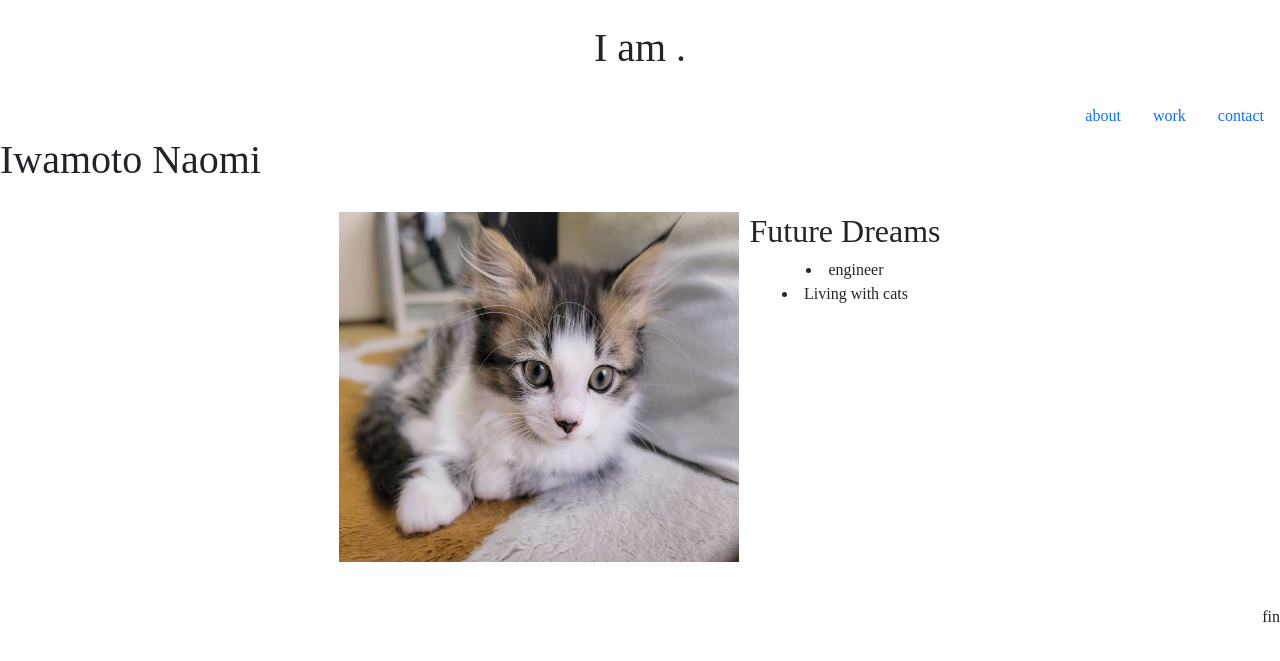
Repository: 7oooomi/portfolio-vercel-
Page: / (app in sample-app/)
The author's editor kept a copy of each file at every save. The page is drawn from the files as they stood at one save, then again after the next save.
The browser window is 1280 px wide. The pictures show the whole page.
The project was rebuilt for these pictures with package versions that can differ from the ones it lists, and the page was loaded fresh each time. The framework's server and built-in components were replaced by stand-ins that run in the browser. Also part of the build but not shown: sample-app/next.config.js.

Above is the page before, as saved 2022-08-07 20:27:12.

### sample-app/pages/_app.js

import 'bootstrap/dist/css/bootstrap.min.css';
import '../styles/globals.css';
import Layout from './Layout';

function MyApp({ Component, pageProps }) {
  return (
    <Layout>
      <Component {...pageProps} />
    </Layout>
  );
}

export default MyApp

### sample-app/pages/index.js
import Image from 'next/image';
import styles from '../styles/Home.module.css';


export default function MyPage () {
    return (
        <div>
            <h1> Iwamoto Naomi </h1>
            <div className={styles.title}>
                <p >
                    <Image src='/cat.jpg' width={400} height={350} />
                </p>
                <div>
                  <h2>Future Dreams</h2>
                  <li>engineer</li>
                  <li>Living with cats</li>
                </div>
            </div>
        </div>
    )
}

### sample-app/styles/globals.css
html,
body {
  padding: 0;
  margin: auto;
  font-family: HiraMinProN-W3;
}

a {
  color: inherit;
  text-decoration: none;
}

### sample-app/pages/Layout.js
import Home from './components/Header';
import Footer from './components/Footer';


export default function Layout ({ children }) {
    return (
        <>
          <Home />
            <main>{children}</main>
          <Footer />
        </>
    );
}

### sample-app/styles/Home.module.css
.container {
  border-style: solid;
  border-color: #b50099;
  font-size: x-large;
  text-align: center;
  width: 250px;
  height: 180px;
  padding: 10px;
  margin: 10px;
}

.main {
  min-height: 100vh;
  padding: 4rem 0;
  flex: 1;
  display: flex;
  flex-direction: column;
  justify-content: center;
  align-items: center;
}

.footer {
  display: flex;
  padding: 20px;
  flex-wrap: wrap;
  border-top: 1px solid white;
  justify-content: center;
}

.footer a {
  display: flex;
  justify-content: center;
  align-items: center;
  flex-grow: 1;
}

.title  {
  display: flex;
  padding: 20px;
  justify-content: center;
  gap:10px;
}

.title a:hover,
.title a:focus,
.title a:active {
  text-decoration: underline;
}

.title a {
  margin: 0;
  line-height: 1.15;
  font-size: 4rem;
}

.title,
.description {
  text-align: center;
}

.description {
  margin: 4rem 0;
  line-height: 1.5;
  font-size: 1.5rem;
}

.code {
  background: #fafafa;
  border-radius: 5px;
  padding: 0.75rem;
  font-size: 1.1rem;
  font-family: Menlo, Monaco, Lucida Console, Liberation Mono, DejaVu Sans Mono,
    Bitstream Vera Sans Mono, Courier New, monospace;
}

.grid {
  display: flex;
  align-items: center;
  justify-content: center;
  flex-wrap: wrap;
  max-width: 800px;
}

.card {
  margin: 1rem;
  padding: 1.5rem;
  text-align: left;
  color: inherit;
  text-decoration: none;
  border: 1px solid #eaeaea;
  border-radius: 10px;
  transition: color 0.15s ease, border-color 0.15s ease;
  max-width: 300px;
}

.card:hover,
.card:focus,
.card:active {
  color: #0070f3;
  border-color: #0070f3;
}

.card h2 {
  margin: 0 0 1rem 0;
  font-size: 1.5rem;
}

.card p {
  margin: 0;
  font-size: 1.25rem;
  line-height: 1.5;
}

.logo {
  height: 1em;
  margin-left: 0.5rem;
}

@media (max-width: 600px) {
  .grid {
    width: 100%;
    flex-direction: column;
  }
}

@media (prefers-color-scheme: dark) {
  .card,
  .footer {
    border-color: #222;
  }
  .code {
    background: #111;
  }
  .logo img {
    filter: invert(1);
  }
}

### sample-app/pages/components/Header.js
import Head from 'next/head'
import Image from 'next/image';
import Link from 'next/link';
import Nav from 'react-bootstrap/Nav';


export default function Home() {
  return (
    <div>
      <Head>
        <title>I am.</title>
        <meta name="description" content="Generated by create next app" />
        <link rel="icon" href="/favicon.ico" />
      </Head>

      <main>
        <h1 className="text-center mt-4 mb-4">
          <Nav.Link href='/'>I am .</Nav.Link>
        </h1>
        <Nav className="justify-content-end" style={{color:'black'}}>
          <Nav.Item>
            <Nav.Link href='/about'>
              about
            </Nav.Link>
          </Nav.Item>
          <Nav.Item>
            <Nav.Link href='/work'>
              work
            </Nav.Link>
          </Nav.Item>
          <Nav.Item>
            <Nav.Link href='/contact'>
              contact
            </Nav.Link>
          </Nav.Item>
        </Nav>
      </main>
    </div>
  )
}

### sample-app/pages/components/Footer.js
export default function Footer() {
    return (
        <div style={{textAlign: 'right'}}>fin</div>
    )
}

After the next save:
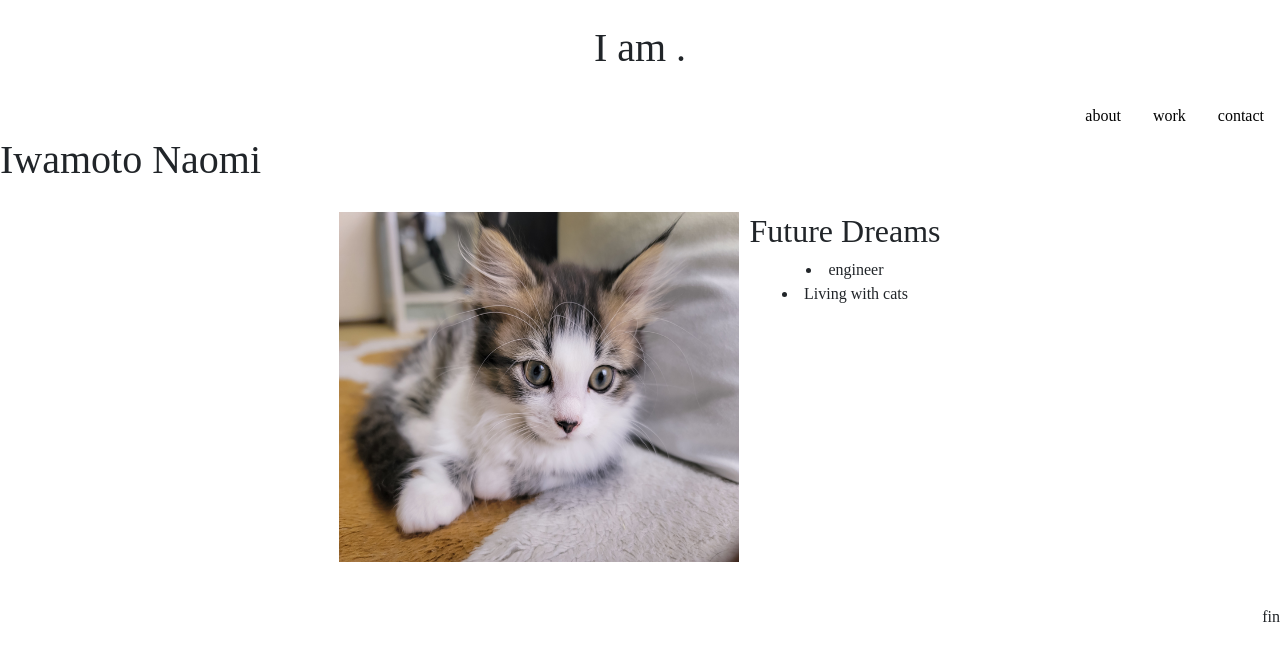
Saved 56 s later.
--- a/sample-app/pages/components/Header.js
+++ b/sample-app/pages/components/Header.js
@@ -17,19 +17,19 @@ export default function Home() {
         <h1 className="text-center mt-4 mb-4">
           <Nav.Link href='/'>I am .</Nav.Link>
         </h1>
-        <Nav className="justify-content-end" style={{color:'black'}}>
+        <Nav className="justify-content-end">
           <Nav.Item>
-            <Nav.Link href='/about'>
+            <Nav.Link style={{color:'black'}} href='/about'>
               about
             </Nav.Link>
           </Nav.Item>
           <Nav.Item>
-            <Nav.Link href='/work'>
+            <Nav.Link style={{color:'black'}} href='/work'>
               work
             </Nav.Link>
           </Nav.Item>
           <Nav.Item>
-            <Nav.Link href='/contact'>
+            <Nav.Link style={{color:'black'}} href='/contact'>
               contact
             </Nav.Link>
           </Nav.Item>
